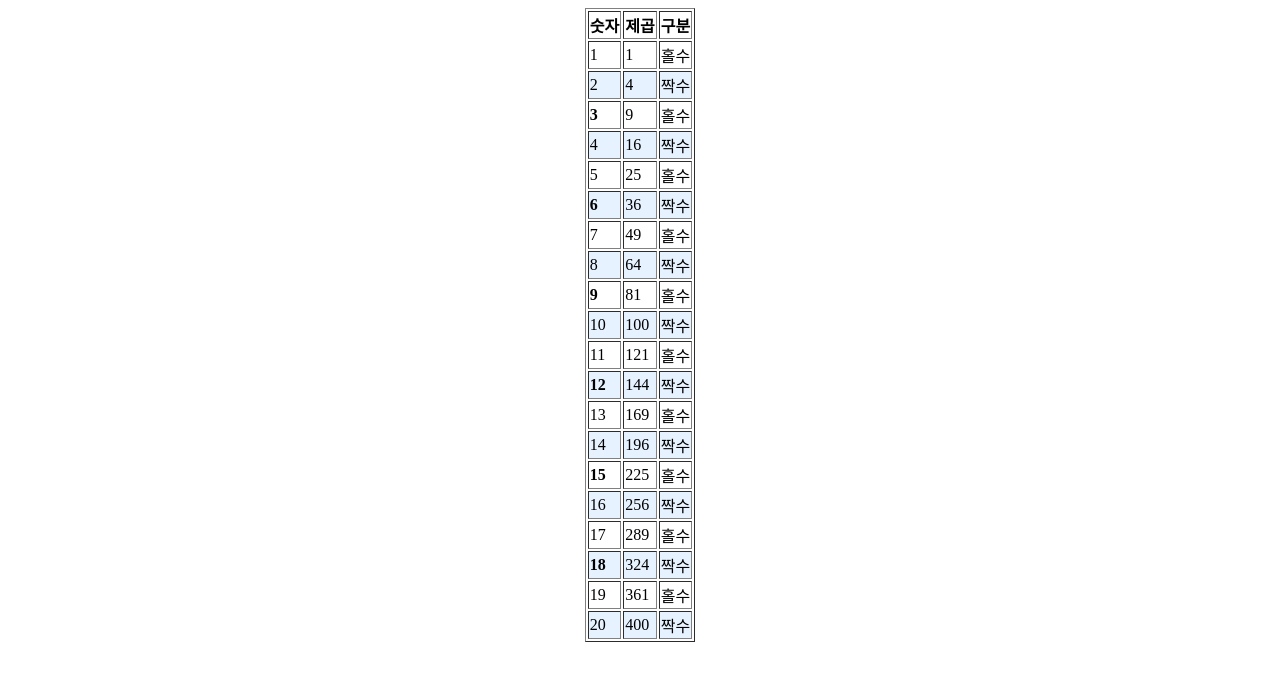
Repository: kkw3202/Jsp2026
Page: http://localhost/chapter01/example_stripe.jsp
These files come from the project's save history. The page is drawn as it stood at one moment and after the next save; the edit follows.
The browser window is 1280 px wide. The pictures show the whole page.
The page is served by Tomcat 9.

Above is the page before, as saved 2026-10-16 05:47:44.

### chapter01/src/main/webapp/example_stripe.jsp
<%@ page language="java" contentType="text/html; charset=UTF-8"
    pageEncoding="UTF-8" import="java.util.*"%>
<!DOCTYPE html>
<html>
<head>
<meta charset="UTF-8">
<title>Insert title here</title>
</head>
<body>
	<!-- 스타일 삽입 양식 : style='background-color: ' -->
	<table style="margin: 0 auto" border="1px">
		<thead>
			<tr>
				<th>숫자</th>
				<th>제곱</th>
				<th>구분</th>
			</tr>
		</thead>
		<tbody>
			<%

			for(int i = 1; i<=20; i++){
				boolean isOdd = false;
				if(i%2 == 0) isOdd=true;

				boolean is3 = false;
				if(i%3 == 0) is3=true;
			%>
				<tr style='background-color: <%= (!isOdd) ? "#ffffff'" : "#e6f2ff'" %>'>
				<%= "<td>" %>
				<%
				if(is3) out.print("<b>" + i + "</b>");
				else out.print(i);
				%>
				<%= "</td>" %>
				<%= "<td>" + i*i + "</td>" %>
				<%= "<td>"%>
				<% if(isOdd)%><%="짝수" %>
				<% if(!isOdd)%><%="홀수" %>
				<%= "</td>" %>
				<%= "</tr>" %>

			<% } %>



		</tbody>
	</table>
</body>
</html>

After the next save:
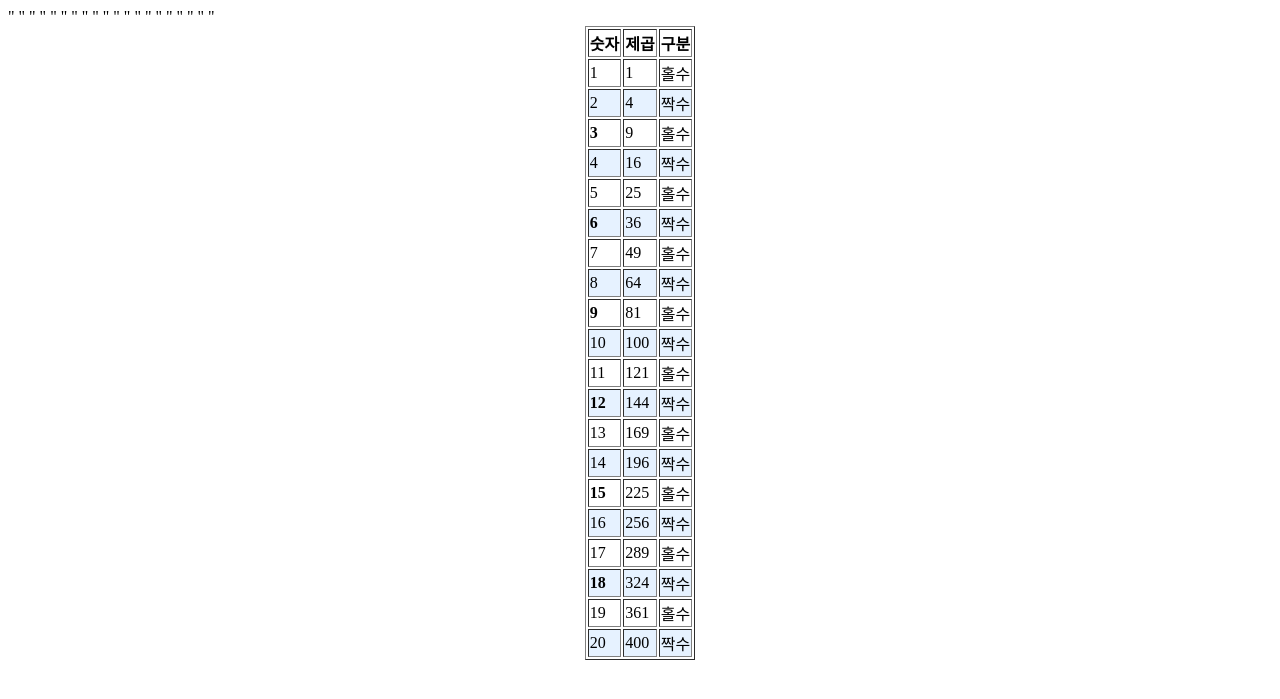
Saved 42 s later.
--- a/chapter01/src/main/webapp/example_stripe.jsp
+++ b/chapter01/src/main/webapp/example_stripe.jsp
@@ -27,13 +27,13 @@
 				if(i%3 == 0) is3=true;
 			%>
 				<tr style='background-color: <%= (!isOdd) ? "#ffffff'" : "#e6f2ff'" %>'>
-				<%= "<td>" %>
+				<td>
 				<%
 				if(is3) out.print("<b>" + i + "</b>");
 				else out.print(i);
 				%>
-				<%= "</td>" %>
-				<%= "<td>" + i*i + "</td>" %>
+				</td>
+				<td><%= i*i %></td>"
 				<%= "<td>"%>
 				<% if(isOdd)%><%="짝수" %>
 				<% if(!isOdd)%><%="홀수" %>

After the 3 saves that followed:
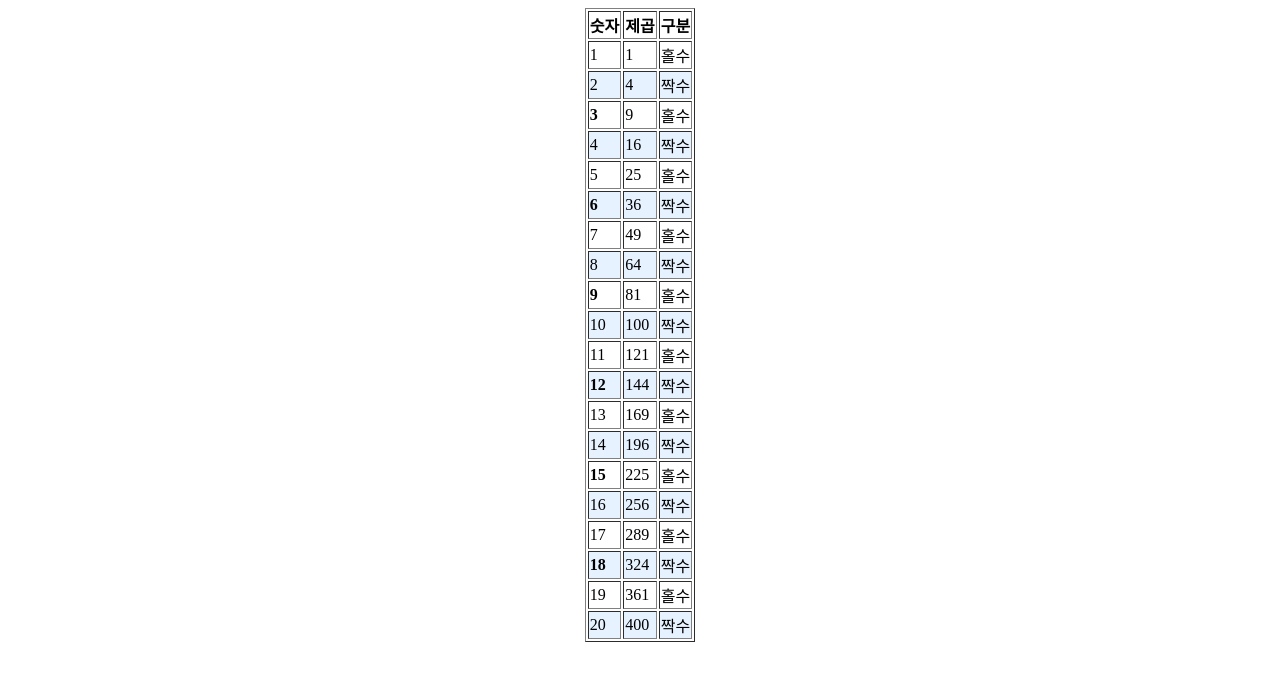
The 3 saves are shown as one change because 2 left the picture as it was.
The last was saved 47 s later.
--- a/chapter01/src/main/webapp/example_stripe.jsp
+++ b/chapter01/src/main/webapp/example_stripe.jsp
@@ -33,12 +33,9 @@
 				else out.print(i);
 				%>
 				</td>
-				<td><%= i*i %></td>"
-				<%= "<td>"%>
-				<% if(isOdd)%><%="짝수" %>
-				<% if(!isOdd)%><%="홀수" %>
-				<%= "</td>" %>
-				<%= "</tr>" %>
+				<td><%= i*i %></td>
+				<td><% if(isOdd)%><%="짝수" %><% if(!isOdd)%><%="홀수" %></td>
+				</tr>
 
 			<% } %>
 
